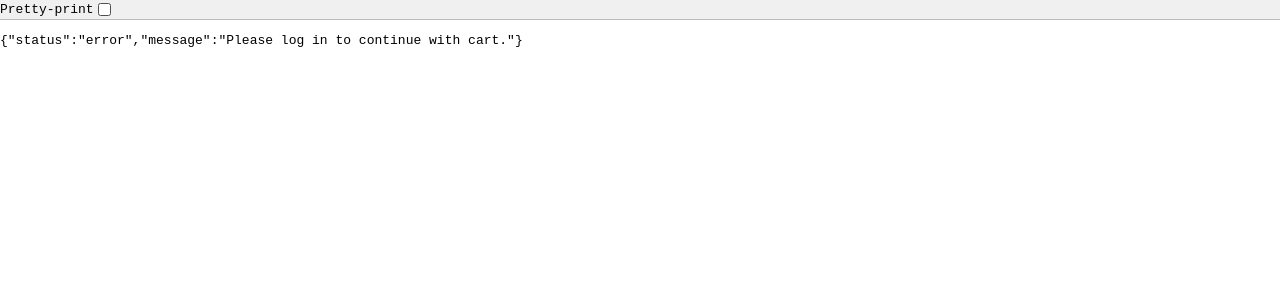
Repository: shrewd-baddest/YOGOBLAST_SERVER-SIDE
Page: http://localhost/Acct.php
The author's editor kept a copy of each file at every save. The page is drawn from the files as they stood at one save, then again after the next save.
The browser window is 1280 px wide. The pictures show the whole page.
The page is run by PHP 8.4 with error messages shown; the project is at /var/www/html/.

Above is the page before, as saved 2025-06-01 11:52:48.

### Acct.php
<?php
include('session_config.php');
header("Access-Control-Allow-Origin: http://localhost:5173");
header("Access-Control-Allow-Credentials: true");
header("Access-Control-Allow-Headers: Content-Type");
header("Access-Control-Allow-Methods: POST, GET, OPTIONS");
header("Content-Type: application/json");

include('connect.php');

$updates= json_decode(file_get_contents("php://input"), true);

if(isset($_SESSION["userId"])) {
    $user_id =$_SESSION["userId"];
    // echo  $user_id;

} else {
    echo json_encode(["status" => "error", "message" => "Please log in to continue with cart."]);
    exit;
}
$sql="SELECT * from person
WHERE ID=?";
 $stmt=mysqli_prepare($conn,$sql);
 mysqli_stmt_bind_params($stmt,'i',$user_id);
 mysqli_stmt_execute($stmt);


?>

### session_config.php
<?php
ini_set('session.cookie_secure', 0); // Allow session cookie on HTTP
session_set_cookie_params([
    'lifetime' => 1800, // 30 minutes
    'path' => '/',
    'domain' => 'localhost',
    'secure' => false,
    'httponly' => true,
    'samesite' => 'Lax'
]);
session_start();

 if(isset($_SESSION['LAST_ACTIVITY']) && (time() - $_SESSION['LAST_ACTIVITY'] > 1800)) {
     session_unset();
    session_destroy();
    echo json_encode(["status" => "error", "message" => "Session expired. Please log in again."]);
        exit;
}
$_SESSION['LAST_ACTIVITY'] = time(); // Update activity time
    ?>

### connect.php
<?php
$server_name = "localhost";
$user_name = "root";
$password = "";
$db_name = "yogo_blast"; // no spaces

$conn = mysqli_connect($server_name, $user_name, $password, $db_name);

if (!$conn) {
    die("Connection failed: " . mysqli_connect_error());
}
// echo "Connected successfully";
?>

After the next save:
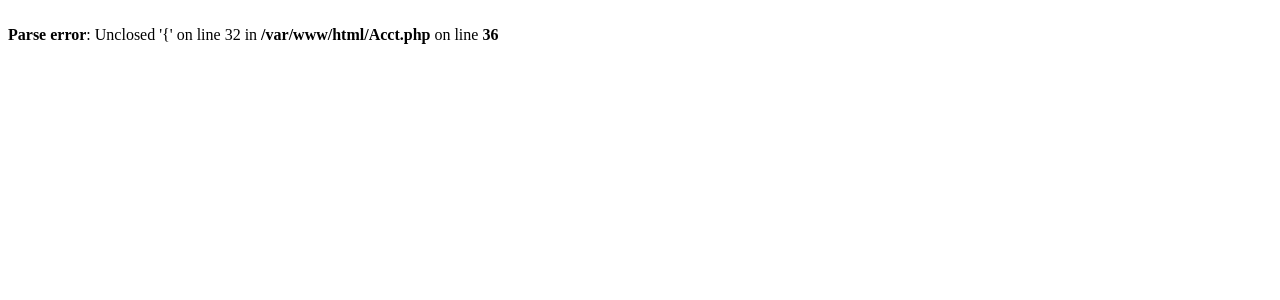
Saved 43 s later.
--- a/Acct.php
+++ b/Acct.php
@@ -23,6 +23,14 @@
  $stmt=mysqli_prepare($conn,$sql);
  mysqli_stmt_bind_params($stmt,'i',$user_id);
  mysqli_stmt_execute($stmt);
+  $result = mysqli_stmt_get_result($stmt);
+
+
+//  $result=mysqli_query($conn,$sql);
+
+
+if(mysqli_num_rows($result) > 0){
+    $user = mysqli_fetch_assoc($result);
 
 
 ?>

After the save that followed:
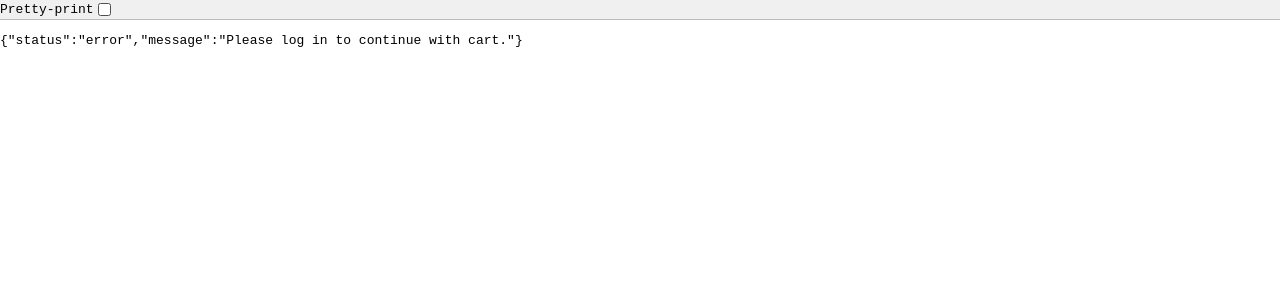
Saved 10 s later.
--- a/Acct.php
+++ b/Acct.php
@@ -25,11 +25,6 @@
  mysqli_stmt_execute($stmt);
   $result = mysqli_stmt_get_result($stmt);
 
-
-//  $result=mysqli_query($conn,$sql);
-
-
-if(mysqli_num_rows($result) > 0){
     $user = mysqli_fetch_assoc($result);
 
 
